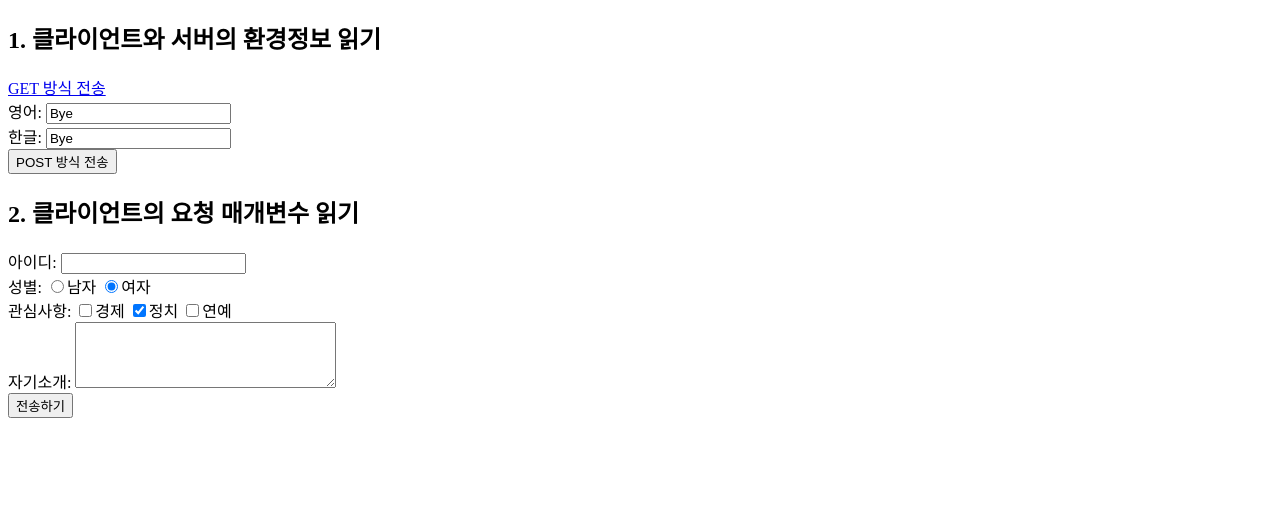
Repository: Motibidu/JSP_Servlet
Page: http://localhost/MushHaveJsp/02ImplicitObject/RequestMain.jsp
An editor plug-in stored every save of this project. The page is shown before and after the next save, followed by the edit.
The browser window is 1280 px wide. The pictures show the whole page.
The page is served by Tomcat 10.

Above is the page before, as saved 2025-05-02 05:53:10.

After the next save:
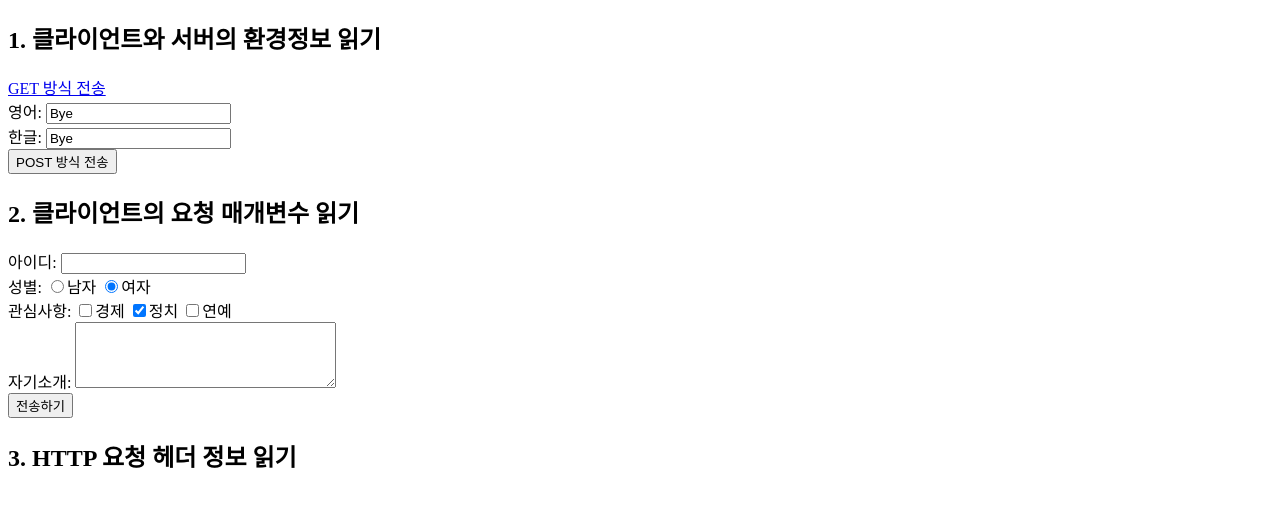
Saved 22 s later.
--- a/MushHaveJsp/src/main/webapp/02ImplicitObject/RequestMain.jsp
+++ b/MushHaveJsp/src/main/webapp/02ImplicitObject/RequestMain.jsp
@@ -36,6 +36,9 @@
 		<input type= "submit" value= "전송하기"/>
 	</form>
 
+	<h2>3. HTTP 요청 헤더 정보 읽기</h2>
+	<a href= "RequestHeader.jsp"></a>
+
 
 </body>
 </html>
